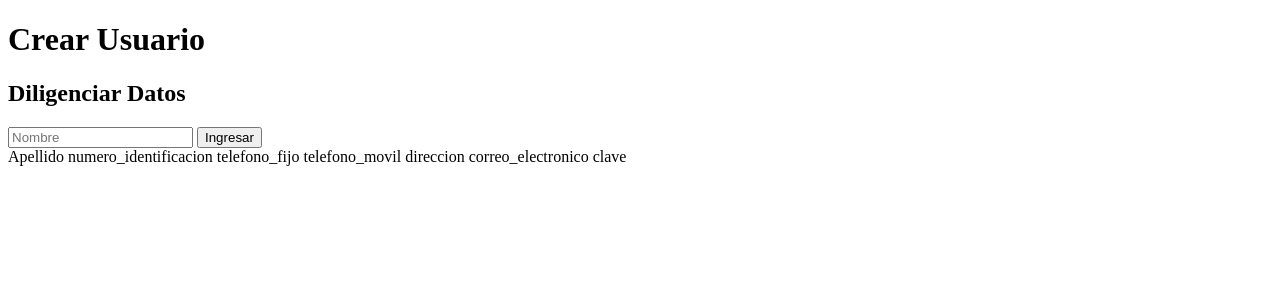
Repository: DA5CH25/kohaku_php
Page: http://localhost/kohaku_php/views/modules/ingresar.php
An editor plug-in stored every save of this project. The page is shown before and after the next save, followed by the edit.
The browser window is 1280 px wide. The pictures show the whole page.
The page is run by PHP 8.4 with error messages shown; the project is at /var/www/html/.

Above is the page before, as saved 2021-04-26 15:07:50.

### views/modules/ingresar.php
<!DOCTYPE html>
<html lang="en">
<head>
	<meta charset="UTF-8" />
	<title>Roles</title>
</head>
<body>
	<header>
		<h1>Crear Usuario</h1>
		<h2>Diligenciar Datos</h2>
	</header>

	<form action="../controllers/Roles.controlador.php?a=ingr" method="POST">
		<input name="nombre" placeholder="Nombre" />
		<input type="submit" value="Ingresar" />
	</form>
</body>
</html>


<th>Apellido</th>
			<th>numero_identificacion</th>
			<th>telefono_fijo</th>
			<th>telefono_movil</th>
			<th>direccion</th>
			<th>correo_electronico</th>
			<th>clave</th

After the next save:
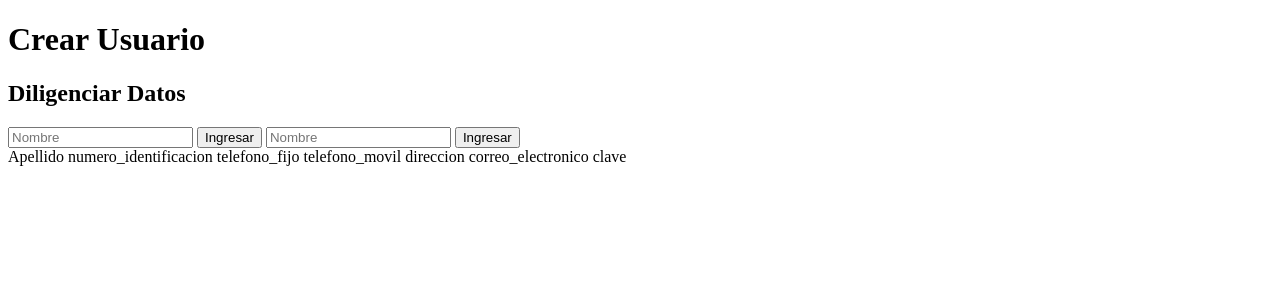
Saved 4 s later.
--- a/views/modules/ingresar.php
+++ b/views/modules/ingresar.php
@@ -13,6 +13,8 @@
 	<form action="../controllers/Roles.controlador.php?a=ingr" method="POST">
 		<input name="nombre" placeholder="Nombre" />
 		<input type="submit" value="Ingresar" />
+		<input name="nombre" placeholder="Nombre" />
+		<input type="submit" value="Ingresar" />
 	</form>
 </body>
 </html>
